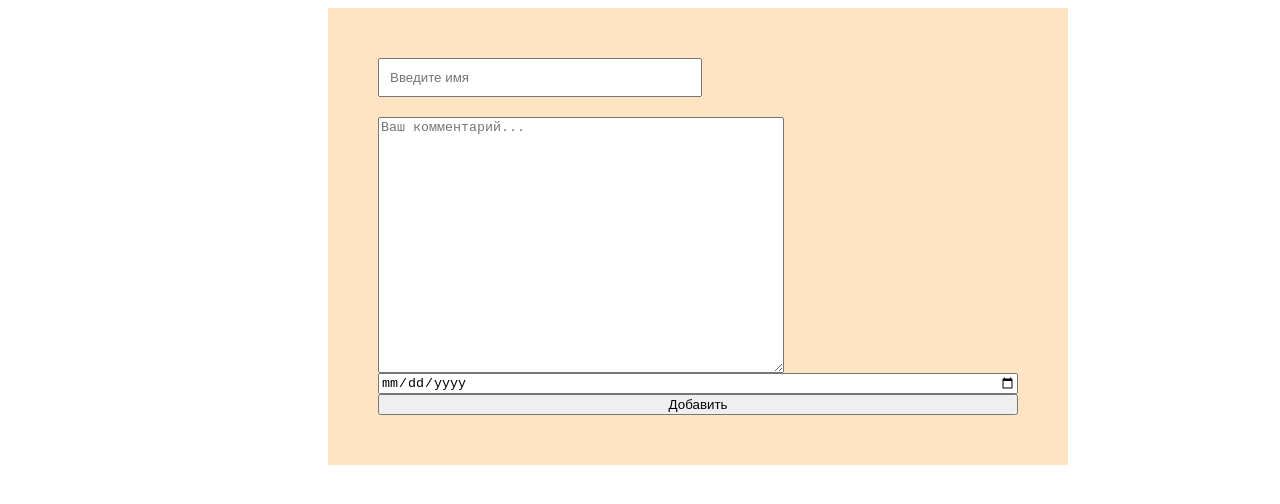
Repository: Grid-Master/commentList
Page: index.html
These files come from the project's save history. The page is drawn as it stood at one moment and after the next save; the edit follows.
The browser window is 1280 px wide. The pictures show the whole page.

Above is the page before, as saved 2023-03-06 21:40:19.

### index.html
<!DOCTYPE html>
<html lang="en">
  <head>
    <meta charset="UTF-8" />
    <meta http-equiv="X-UA-Compatible" content="IE=edge" />
    <meta name="viewport" content="width=device-width, initial-scale=1.0" />
    <title>Comments</title>
    <style>
      form {
        width: 50vw;
        margin-left: 25vw;
        background-color: bisque;
        display: flex;
        flex-direction: column;
        padding: 50px;
      }

      input[type='text'] {
        width: 300px;
        padding: 10px;
        margin-bottom: 20px;
      }
      textarea {
        width: 400px;
        height: 250px;
      }
    </style>
  </head>
  <body>
    <form>
      <input type="text" placeholder="Введите имя" />
      <textarea placeholder="Ваш комментарий..."></textarea>
      <input type="date" />
      <button>Добавить</button>
    </form>
  </body>
</html>

After the next save:
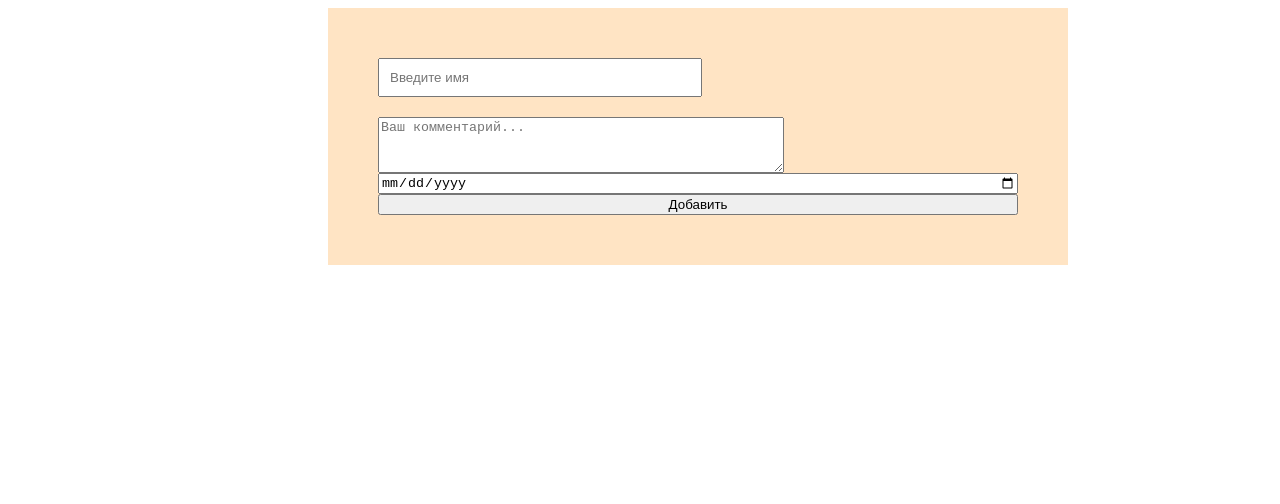
Saved 5 s later.
--- a/index.html
+++ b/index.html
@@ -22,7 +22,7 @@
       }
       textarea {
         width: 400px;
-        height: 250px;
+        height: 50px;
       }
     </style>
   </head>
